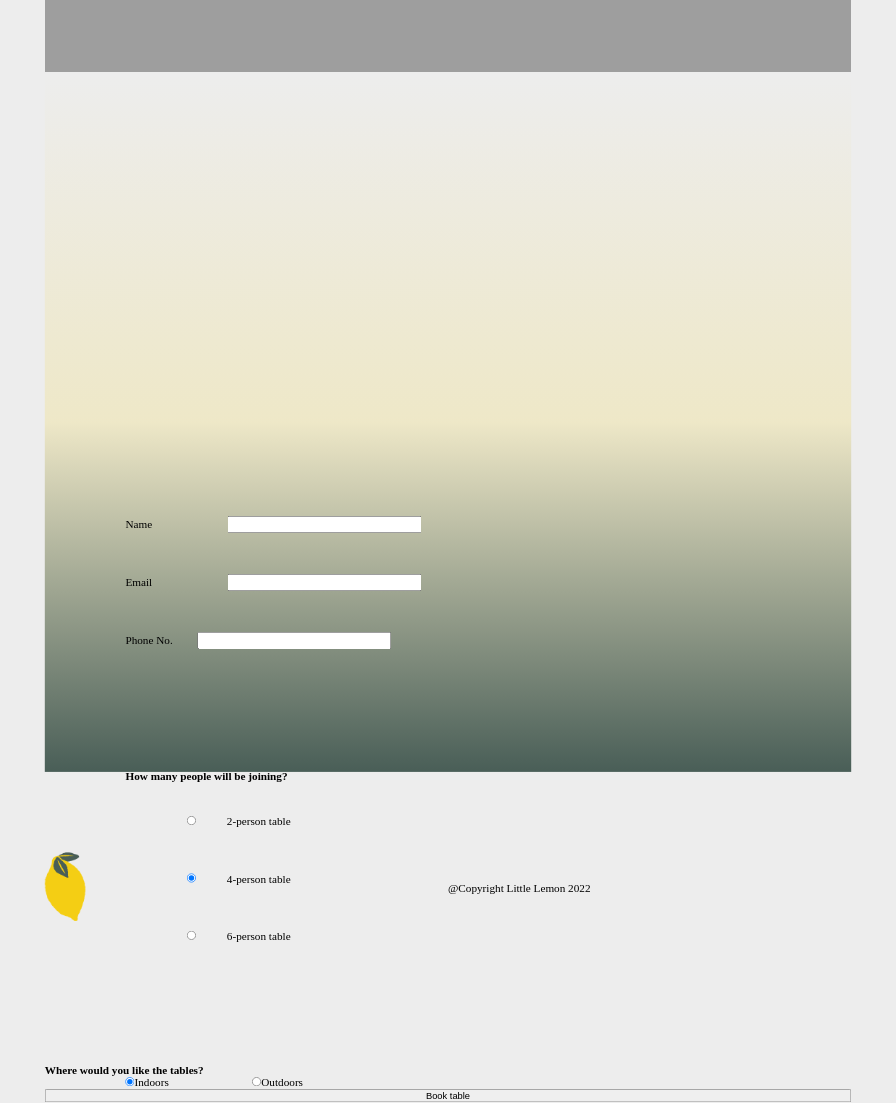
Repository: klone007/littleLemon
Page: index.html
The author's editor kept a copy of each file at every save. The page is drawn from the files as they stood at one save, then again after the next save.
The browser window is 1280 px wide. The pictures show the part of the page from y = 2864 to 4784 px (the page is 4439 px tall before and 4784 px after), at 70% of full size.
Pictures or frames that could not be fetched are drawn as grey boxes. A picture or video elsewhere on the page could not be fetched, so the positions and the page height are approximate. Backgrounds fixed to the window are drawn as part of the page.

Above is the page before, as saved 2022-11-17 13:40:46.

### index.html
<!DOCTYPE html>
<html lang="en">
<head>
    <meta charset="UTF-8">
    <meta http-equiv="X-UA-Compatible" content="IE=edge">
    <meta name="viewport" content="width=device-width, initial-scale=1.0">
    <title>Little Lemon</title>
    <meta name="author" content="Owned by Maria & Jason">
    <meta name="description" content="Little lemon restaurant">

    <link rel="stylesheet" href="./styles.css">
    <link rel="stylesheet" href="./docs/flickity.css" media="screen">
</head>
<body>
    <script src="./docs/flickity.pkgd.min.js"></script>

<nav class="top-nav navbar-fixed-top">
    <header>
        <a href="#Home">
            <img src="./img/Asset 20@4x.png" alt="logo" />
        </a>
    </header>
    <input id="menu-toggle" type="checkbox" />
    <label class='menu-button-container' for="menu-toggle">
    <div class='menu-button'></div>
  </label>
    <ul class="menu">
        <li><a href="#Home">Home</a></li>
        <li><a href="#Menu">Menu</a></li>
        <li><a href="#mainBook">Book</a></li>
        <li><a href="#About">About</a></li>
    </ul>
</nav>


    <main>
        <h1 id="Home">Our Featured</h1>
        <section class="gallery js-flickity" data-flickity-options='{ "wrapAround": true }'>
            <div class="gallery-cell">
                <img src="https://external-content.duckduckgo.com/iu/?u=https%3A%2F%2Fwww.sightseeingtoursitaly.com%2Fwp-content%2Fuploads%2F2019%2F06%2FFamous-Italian-dishes.jpg&f=1&nofb=1&ipt=5f17ed8798b09670346a59e0c6dda9133987f1fbc826aab0525b9c7dfd5eefc6&ipo=images" alt="" loading="lazy" />
            </div>
            <div class="gallery-cell">
                <img src="https://external-content.duckduckgo.com/iu/?u=https%3A%2F%2Fcdn.websites.hibu.com%2F42205d4164494aec9952633686609fc8%2Fdms3rep%2Fmulti%2Fshutterstock_1048781273.jpg&f=1&nofb=1&ipt=9319afd718bb88107d86b2624e313065a7d3a600e22631227c980300d2d9ea5e&ipo=images" alt="" loading="lazy" />
            </div>
            <div class="gallery-cell">
                <img src="https://external-content.duckduckgo.com/iu/?u=https%3A%2F%2Fdianashealthyliving.com%2Fwp-content%2Fuploads%2F2019%2F09%2FItalian-food-Depositphotos_.jpg&f=1&nofb=1&ipt=6b3899b664b8c8aa324edf4a5f0cf548525f48ccb5f7a4fc71eac060adbfea16&ipo=images" alt="" loading="lazy" />
            </div>
            <div class="gallery-cell">
                <img src="https://external-content.duckduckgo.com/iu/?u=https%3A%2F%2Fwww.lux-review.com%2Fwp-content%2Fuploads%2F2020%2F03%2FPasta-1.jpg&f=1&nofb=1&ipt=236038c1ddcf4aa03c9a1fd1d1489bc57e1f28b597d5af0d285d39a5f3813c10&ipo=images" alt="" />
            </div>
            <div class="gallery-cell">
                <img src="https://external-content.duckduckgo.com/iu/?u=https%3A%2F%2Fthepointsguy.co.uk%2Fwp-content%2Fuploads%2F2020%2F09%2FGettyImages-599272840.jpg&f=1&nofb=1&ipt=aed47e269af3bf5fa11b8c201e77a3612dee3b5e70cd9f18d9500c28e0df9f67&ipo=images" alt="" loading="lazy" />
            </div>
        </section>

        <h1 id="Menu">Menu</h1>
        <section id="mainMenu">
            <article>
                <h3>Dish 1</h3>
                <div>
                    <img src="https://external-content.duckduckgo.com/iu/?u=https%3A%2F%2Fwww.trbimg.com%2Fimg-58b999a4%2Fturbine%2Fct-chicago-modern-classics-food-0308-20170303&f=1&nofb=1&ipt=e55a6103835e539b9ddba910f3aa8f07babc50ec035bc059d606dd24fa5a5659&ipo=images" alt="" />
                    <p>Lorem ipsum dolor sit amet consectetur adipisicing elit. Labore inventore rem quos repellat fugiat consequatur numquam, sapiente aperiam culpa aliquid maiores asperiores! Alias eligendi odit, vero amet aut quia non?</p>
                </div>
            </article>
            <article>
                <h3>Dish 2</h3>
                <div>
                    <img src="https://external-content.duckduckgo.com/iu/?u=https%3A%2F%2Fwww.webivm.com%2Fwp-content%2Fuploads%2F2016%2F12%2FFood-Photos.jpg&f=1&nofb=1&ipt=6a3492d880aad37e76e2c229f1153e1a0fc916bf886f3e4d2b33b8b43cbbb8ba&ipo=images" alt="" />
                    <p>Lorem ipsum dolor sit amet consectetur adipisicing elit. Labore inventore rem quos repellat fugiat consequatur numquam, sapiente aperiam culpa aliquid maiores asperiores! Alias eligendi odit, vero amet aut quia non?</p>
                </div>
            </article>
            <article>
                <h3>Dish 3</h3>
                <div>
                    <img src="https://external-content.duckduckgo.com/iu/?u=https%3A%2F%2Fwww.food-management.com%2Fsites%2Ffood-management.com%2Ffiles%2Fstyles%2Farticle_featured_retina%2Fpublic%2FHawaiiPromo_BU_1.jpg%3Fitok%3Dl8BccNDz&f=1&nofb=1&ipt=f5ae2a2fe3e9c6f5db3d1dd3f7cba8346bc18a211ab68dd1c32996616daafb87&ipo=images" alt="" />
                    <p>Lorem ipsum dolor sit amet consectetur adipisicing elit. Labore inventore rem quos repellat fugiat consequatur numquam, sapiente aperiam culpa aliquid maiores asperiores! Alias eligendi odit, vero amet aut quia non?</p>
                </div>
            </article>
            <article>
                <h3>Dish 4</h3>
                <div>
                    <img src="https://external-content.duckduckgo.com/iu/?u=https%3A%2F%2Fmoroccanfoodtour.com%2Fwp-content%2Fuploads%2F2020%2F05%2FMFT-Tetouan-Food-Tour-5.jpg&f=1&nofb=1&ipt=5d10271906c29c0f482e9af2e71def8f1021706b03ddfc3b13a227a26cf32f92&ipo=images" alt="" />
                    <p>Lorem ipsum dolor sit amet consectetur adipisicing elit. Labore inventore rem quos repellat fugiat consequatur numquam, sapiente aperiam culpa aliquid maiores asperiores! Alias eligendi odit, vero amet aut quia non?</p>
                </div>
            </article>
            <article>
                <h3>Dish 5</h3>
                <div>
                    <img src="https://external-content.duckduckgo.com/iu/?u=https%3A%2F%2Fimg.choice.com.au%2F-%2Fmedia%2Ff738b5b9623b4c90ad0837f98b0ea96b.ashx&f=1&nofb=1&ipt=1635fb9e31ba85f9b28735716f80466546eed1ee7c42d5bcbd6a9909df5d35f2&ipo=images" alt="" />
                    <p>Lorem ipsum dolor sit amet consectetur adipisicing elit. Labore inventore rem quos repellat fugiat consequatur numquam, sapiente aperiam culpa aliquid maiores asperiores! Alias eligendi odit, vero amet aut quia non?</p>
                </div>
            </article>
            <article>
                <h3>Dish 6</h3>
                <div>
                    <img src="https://external-content.duckduckgo.com/iu/?u=https%3A%2F%2Fwww.charlottefashionplate.com%2Fwp-content%2Fuploads%2F2019%2F04%2FFullSizeRender-2019-09-12T093414.937-e1568295666416.jpg&f=1&nofb=1&ipt=a75d703fefdf0bc48c22dafd73ad0c617d56c21db92b64727021d744cfa860a5&ipo=images" alt="" />
                    <p>Lorem ipsum dolor sit amet consectetur adipisicing elit. Labore inventore rem quos repellat fugiat consequatur numquam, sapiente aperiam culpa aliquid maiores asperiores! Alias eligendi odit, vero amet aut quia non?</p>
                </div>
            </article>
        </section>

        <h1 id="About">About</h1>
        <section id="mainAbout">
            <div class="myDIV">
                 <img src="https://external-content.duckduckgo.com/iu/?u=https%3A%2F%2Fst3.depositphotos.com%2F2572561%2F16353%2Fi%2F950%2Fdepositphotos_163534638-stock-photo-two-famous-chefs-discuss-their.jpg&f=1&nofb=1&ipt=b503cf392cbfb92c1189adf6e87bce2d96b5f10e32ff79c8c39acd97c9648224&ipo=images" alt="Little Lemon's chefs" loading="lazy" />
            </div>
            <!-- <div class="hide">
                The image used is stock image from google images.
            </div> -->

            <p>
                Based in Chicago, Illinois, <strong>Little Lemon is a family-owned Mediterranean restaurant</strong>, focused on <strong>traditional recipes served with a
                modern twist.</strong> The chefs draw inspiration from Italian, Greek, and Turkish culture and have a menu of 12–15 items that they rotate
                seasonally. The restaurant has a rustic and relaxed atmosphere with moderate prices, making it a <strong>popular place for a meal any time of
                the day.</strong>
                <br /> <br />
                Little Lemon is <strong>owned by</strong>two Italian brothers, <strong>Mario and Adrian</strong>, who moved to the United States to pursue their shared dream of owning a restaurant.
                To craft the menu, Mario relies on family recipes and his experience as a chef in Italy. Adrian does all the marketing for the restaurant and led the
                effort to expand the menu beyond classic Italian to incorporate additional cuisines from the Mediterranean region.
            </p>
        </section>
        <section id="mainBook">
            <h1>Book</h1>
            <div class="parallax"></div>

            <form class="content" method="post" >

                    <label for="user_Name">Name
                        <input type="text" id="user_Name" name="user_Name" required/>
                    </label>
                    <label for="user_Email">Email
                        <input type="email" id="user_Email" name="user_Email" required/>
                    </label>

                <label for="user_Phone">Phone No.
                    <input type="tel" id="user_Phone" name="user_Phone"/>
                </label>
                <fieldset id="size">
                    <p><strong>How many people will be joining?</strong></p>
                    <label><input type="radio" value="2" name="size" />2-person table</label><br>
                    <label><input type="radio" value="4" name="size" checked/>4-person table</label><br>
                    <label><input type="radio" value="6" name="size" />6-person table</label>
                </fieldset>
                <fieldset id="location">
                    <p><strong>Where would you like the tables?</strong></p>
                    <label><input type="radio" value="indoors" name="location" checked/>Indoors</label>
                    <label><input type="radio" value="outdoors" name="location" />Outdoors</label>
                </fieldset>
                <button type="submit">Book table</button>

            </form>
        </section>
    </main>
    <footer>
        <div >
            <img src="./img/Asset 9@4x.png" alt=""></img>
        </div>
        <div >
            <p>@Copyright Little Lemon 2022</p>
        </div>
    </footer>


</body>
</html>

### styles.css
:root {
    --lemonYelow:#f4ce14;
    --lemonGreen: #495e57;
}


*{
    margin:0;
    padding:0;
    -webkit-box-sizing: border-box;
    box-sizing: border-box;
}

body {
    background-color: #ededed;
    margin-top: 1rem;
    margin-bottom: 1rem;
    margin-left: 5%;
    margin-right: 5%;
}

header  img {
    display: block;
    margin-left: auto;
    margin-right: auto;
    max-width:3rem;
    min-height:3rem;
    animation-duration: 2s;
    animation-name: slideinLeft;
}

.top-nav  ul {
    list-style: none;
    animation-duration: 2s;
    animation-name: slideinRight;
}

.top-nav a {
    text-decoration: none;
    /* color:rgb(252, 227, 8); */
    color:white;
    padding: 10px 30px;
}

.top-nav a:hover {
    color: var(--lemonYelow);
    transform: scale(0.7);
}

.top-nav {
    display: flex;
    flex-direction: row;
    align-items: center;
    justify-content: space-between;
    background-color: #00BAF0;
    /* background: linear-gradient(to left, #214900ef, #ffe5511e); */
    background: linear-gradient(to left, #495e57, #f4cf142c);

    /* W3C, IE 10+/ Edge, Firefox 16+, Chrome 26+, Opera 12+, Safari 7+ */
    color: #FFF;
    height: 50px;
    padding: 1em;
    margin-top: 3%;


  }

  .menu {
    display: flex;
    flex-direction: row;
    list-style-type: none;
    margin: 0;
    padding: 0;
  }

  .menu > li {
    margin: 0 1rem;
    overflow: hidden;
  }

  .menu-button-container {
    display: none;
    height: 100%;
    width: 30px;
    cursor: pointer;
    flex-direction: column;
    justify-content: center;
    align-items: center;
  }

  #menu-toggle {
    display: none;
  }

  .menu-button,
  .menu-button::before,
  .menu-button::after {
    display: block;
    background-color: #fff;
    position: absolute;
    height: 4px;
    width: 30px;
    transition: transform 400ms cubic-bezier(0.23, 1, 0.32, 1);
    border-radius: 2px;
  }

  .menu-button::before {
    content: '';
    margin-top: -8px;
  }

  .menu-button::after {
    content: '';
    margin-top: 8px;
  }

  #menu-toggle:checked + .menu-button-container .menu-button::before {
    margin-top: 0px;
    transform: rotate(405deg);
  }

  #menu-toggle:checked + .menu-button-container .menu-button {
    background: rgba(255, 255, 255, 0);
  }

  #menu-toggle:checked + .menu-button-container .menu-button::after {
    margin-top: 0px;
    transform: rotate(-405deg);
  }

  @media (max-width: 700px) {
    .menu-button-container {
      display: flex;
    }
    .menu {
        z-index:1000;
      position: absolute;
      top: 50px;
      margin-top: 50px;
      left: 0;
      flex-direction: column;
      width: 100%;
      justify-content: center;
      align-items: center;
    }
    #menu-toggle ~ .menu li {
      height: 0;
      margin: 0;
      padding: 0;
      border: 0;
      transition: height 400ms cubic-bezier(0.23, 1, 0.32, 1);
    }
    #menu-toggle:checked ~ .menu li {
      border: 1px solid #333;
      height: 3.5em;
      padding: 0.5em;
      transition: height 400ms cubic-bezier(0.23, 1, 0.32, 1);
    }
    .menu > li {
      display: flex;
      justify-content: center;
      margin: 0;
      padding: 0.5em 0;
      width: 100%;
      color: white;
      background-color: #222;
    }
    .menu > li:not(:last-child) {
      border-bottom: 1px solid #444;
    }
  }

  .navbar-fixed-top{
    position: -webkit-sticky;
    position: sticky;
    top: 0px;
    z-index: 99999;
  }

/* nav {
display: flex;
justify-content: space-between;
}

header > img {
    display: block;
    margin-left: auto;
    margin-right: auto;
    max-width:5rem;
    min-height:5rem;
}

nav  ul {
    list-style: none;
    display: flex;
    justify-content: center;
    align-items: center;

}

nav a:link {
    text-decoration: none;
    color: rgb(5, 107, 5);
    padding: 10px 50px;

}

nav a:hover {
    background-color: green;
    color: antiquewhite;
} */




main  h1 {
    display: flex;
    justify-content: center;
    align-items: center;
    margin-top:5%;
    margin-bottom:3%;
    color:var(--lemonGreen);
    padding-top: 1rem;
}

main  h1:hover{
    /* animation: 1s 1 forwards pulse */
    transform: scale(1.2);
    transition: 0.5s ease-in-out;
}

main img {
    max-width:100%;
    min-height: 100%;
}

.gallery {
    background: #EEE;
    margin-bottom: 5%;
  }

  .gallery-cell {
    width: 50vw;
    height: 30vh;
    margin-left: 10px;
    counter-increment: gallery-cell;
  }

  /* cell number */
  .gallery-cell:before {
    display: block;
    text-align: center;
    content: "";
    line-height: 200px;
    font-size: 80px;
    color: white;
  }



  #mainMenu {
    display: flex;
    flex-wrap: wrap;
    overflow: auto;

}
#mainMenu div {
    display: flex;
    justify-content: center;
    align-items: center;
    gap:2rem;
}

#mainMenu img {
    max-width: 5rem;
    max-height: 5rem;
}
article img:hover {
    transform: scale(4) translate(50%,10%);
    transition: 0.5s ease-in-out;
}

main h3 {
    padding-bottom:1rem
}

main article {
    flex: 1 0 500px;
    box-sizing: border-box;
    margin: 1rem .25em;
    padding:2rem;

    max-width: 25rem;
}

main article:hover {
    color:#f4ce14;
    background-color: var(--lemonGreen);
    box-shadow: inset 0 0 1rem #444;
    border-radius: 5%;
}

@media screen and (min-width: 40em) {
    main article  {
       max-width: calc(50% -  1em);
    }


}

@media screen and (min-width: 60em) {
    main article  {
        max-width: calc(25% - 1em);
    }
}


#mainAbout {
    display: flex;
    flex-direction:column;
    justify-content: center;
    align-items: center;

}

#mainAbout img {
    max-width: 20rem;
    min-height: 20rem;
    margin:5%;
    padding:2rem;
    border-radius: 50%;
    filter:blur(0.5rem) grayscale(100%);
    transition:.5s ease-out;
}
#mainAbout img:hover {
    filter:blur(0rem) grayscale(0%);

}
/* .hide {
    display: none;
    position:absolute;
    left:8%
  } */

  /* .myDIV:hover + .hide {
    display: block;
    color: red;
  } */

#mainAbout p {
    flex: 1 0 500px;
    box-sizing: border-box;
    margin: 1rem .25em;
    padding:1rem;
}

footer {
    display: flex;
    justify-content: center;
    align-items: center;
    margin-top:10%;
}
footer div {
    flex: 1;
}

footer img {
    width:10%;
}
footer img:hover {
    transform:rotate(60deg) ;
   transition: 1s ease;
}



@media screen and (min-width:880px) {

    .gallery-cell {
        width: 70vw;
        height: 70vh;
        margin-left: 10px;
        counter-increment: gallery-cell;
      }

      #mainAbout{
        display: flex;
        justify-content: space-between;
        flex-direction: row;
        margin:1rem;
        gap: 2rem;
    }
    #mainAbout img {
        max-width: 20rem;
        min-height: 20rem;
        margin:5%;
        border-radius: 0;
    }
    #mainAbout p {
        flex: 1 ;
        box-sizing: border-box;
        margin: 1rem .25em;
        padding:1rem;
    }
    article img:hover {
        transform: scale(8) translate(50%,10%);
        transition: 0.5s ease-in-out;
    }

  }




  @keyframes slideinRight {
    from {
      margin-right: -100rem;
      opacity: 0;
    }
    25% {

        margin-right: -10rem;
        opacity: 0.25;
      }
    50% {

    margin-right: -5rem;
    opacity: 0.5;
    }
    75% {

      margin-right: -1rem;
      opacity: 0.75;
    }

    to {
      margin-right: 0rem;
      opacity: 1;
    }
  }


  @keyframes slideinLeft {
    from {
      margin-left: -100rem;
      opacity: 0;

    }

    25% {

    margin-left: -10rem;
    opacity: 0.25;
    }

    50% {

    margin-left: -5rem;
    opacity: 0.5;
    width:50%;
    }
    75% {

    margin-left: -5rem;
    opacity: 0.5;
    width:75%;

    }

    to {
      margin-left: 0rem;
      opacity: 1;
     width:100%;

    }
  }

  .parallax {
    /* The image used */
    background-image: url("https://external-content.duckduckgo.com/iu/?u=https%3A%2F%2Fuplandsouthcandles.com%2Fwp-content%2Fuploads%2F2018%2F07%2F036684.jpg&f=1&nofb=1&ipt=ed1f1ccf7945ddfd3265d2114ec71a6c897354e652921af8277e8d438890888a&ipo=images");

    /* Set a specific height */
    min-height: 500px;

    /* Create the parallax scrolling effect */
    background-attachment: fixed;
    background-position: center;
    background-repeat: no-repeat;
    background-size: cover;
  }

  .content {
    height:1000px;
    background: linear-gradient(#eee20200,#f4cf142c, #495e57);
    display:flex;
    flex-direction: column;
    align-items: stretch;
    padding-top:50%;
}
.content label {
    padding-top:5%;
    padding-left: 10%;
}

#size{
    display: flex;
    flex-direction: column;
    margin: 15% 10%;
    border:0;

}

#size label {
    margin-left:-3rem ;
}

input[name=size] {
    margin:0 5%;
}

#user_Name{
    margin-left:10%;
    padding:0.2rem 3rem;
}


#user_Email{
    margin-left:10%;
    padding:0.2rem 3rem;
}

#user_Phone{
    margin-left:3%;
    padding:0.2rem 3rem;
}

#location{
    border:0;
}

### docs/flickity.css
/*! Flickity v2.3.0
https://flickity.metafizzy.co
---------------------------------------------- */

.flickity-enabled {
  position: relative;
}

.flickity-enabled:focus { outline: none; }

.flickity-viewport {
  overflow: hidden;
  position: relative;
  height: 100%;
}

.flickity-slider {
  position: absolute;
  width: 100%;
  height: 100%;
}

/* draggable */

.flickity-enabled.is-draggable {
  -webkit-tap-highlight-color: transparent;
  -webkit-user-select: none;
     -moz-user-select: none;
      -ms-user-select: none;
          user-select: none;
}

.flickity-enabled.is-draggable .flickity-viewport {
  cursor: move;
  cursor: -webkit-grab;
  cursor: grab;
}

.flickity-enabled.is-draggable .flickity-viewport.is-pointer-down {
  cursor: -webkit-grabbing;
  cursor: grabbing;
}

/* ---- flickity-button ---- */

.flickity-button {
  position: absolute;
  background: hsla(0, 0%, 100%, 0.75);
  border: none;
  color: #333;
}

.flickity-button:hover {
  background: white;
  cursor: pointer;
}

.flickity-button:focus {
  outline: none;
  box-shadow: 0 0 0 5px #19F;
}

.flickity-button:active {
  opacity: 0.6;
}

.flickity-button:disabled {
  opacity: 0.3;
  cursor: auto;
  /* prevent disabled button from capturing pointer up event. #716 */
  pointer-events: none;
}

.flickity-button-icon {
  fill: currentColor;
}

/* ---- previous/next buttons ---- */

.flickity-prev-next-button {
  top: 50%;
  width: 44px;
  height: 44px;
  border-radius: 50%;
  /* vertically center */
  transform: translateY(-50%);
}

.flickity-prev-next-button.previous { left: 10px; }
.flickity-prev-next-button.next { right: 10px; }
/* right to left */
.flickity-rtl .flickity-prev-next-button.previous {
  left: auto;
  right: 10px;
}
.flickity-rtl .flickity-prev-next-button.next {
  right: auto;
  left: 10px;
}

.flickity-prev-next-button .flickity-button-icon {
  position: absolute;
  left: 20%;
  top: 20%;
  width: 60%;
  height: 60%;
}

/* ---- page dots ---- */

.flickity-page-dots {
  position: absolute;
  width: 100%;
  bottom: -25px;
  padding: 0;
  margin: 0;
  list-style: none;
  text-align: center;
  line-height: 1;
}

.flickity-rtl .flickity-page-dots { direction: rtl; }

.flickity-page-dots .dot {
  display: inline-block;
  width: 10px;
  height: 10px;
  margin: 0 8px;
  background: #333;
  border-radius: 50%;
  opacity: 0.25;
  cursor: pointer;
}

.flickity-page-dots .dot.is-selected {
  opacity: 1;
}

Loaded but not shown: docs/flickity.pkgd.min.js (library)

After the next save:
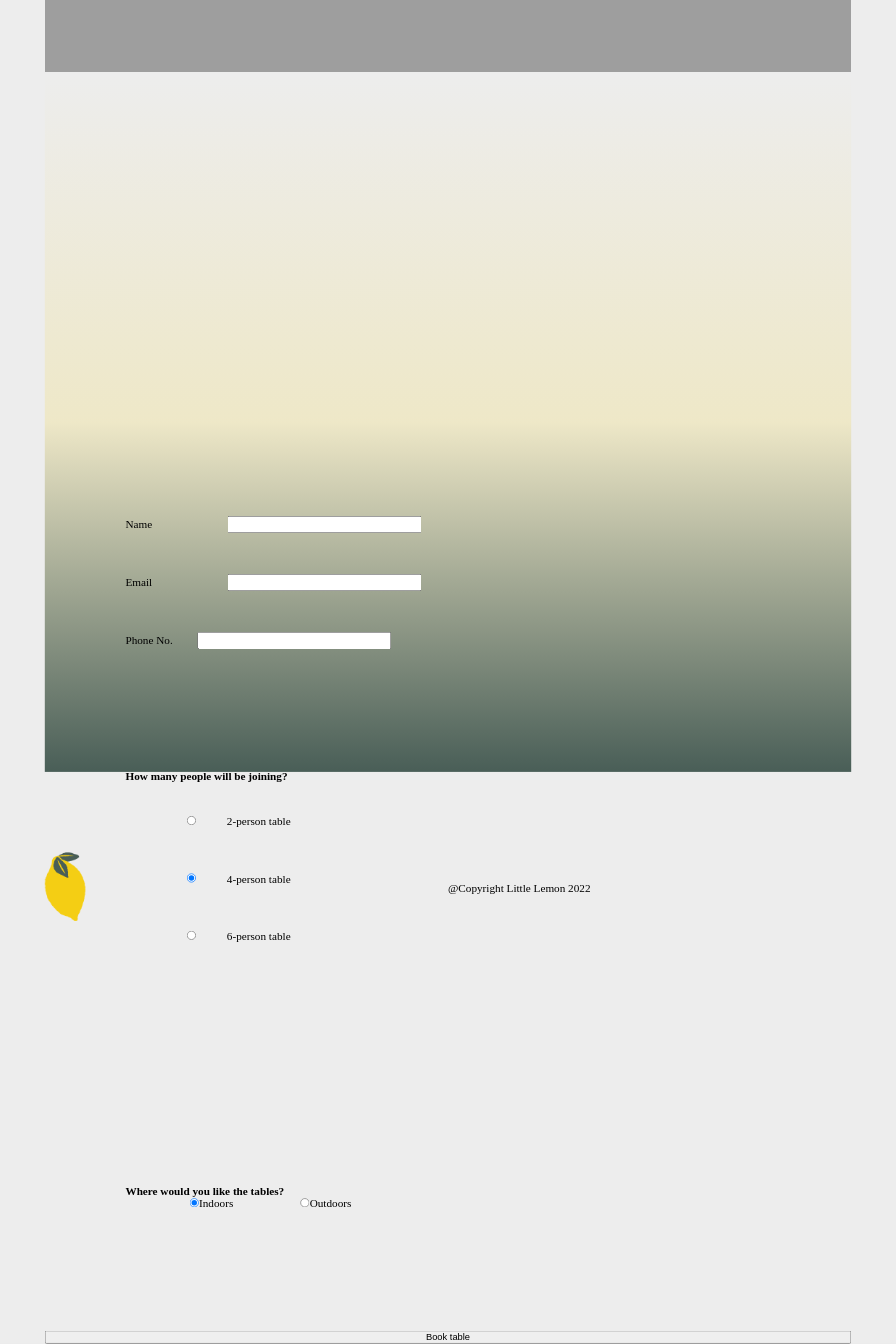
Saved 21 s later.
--- a/styles.css
+++ b/styles.css
@@ -536,4 +536,5 @@
 
 #location{
     border:0;
-}
+    margin: 15% 10%;
+}
